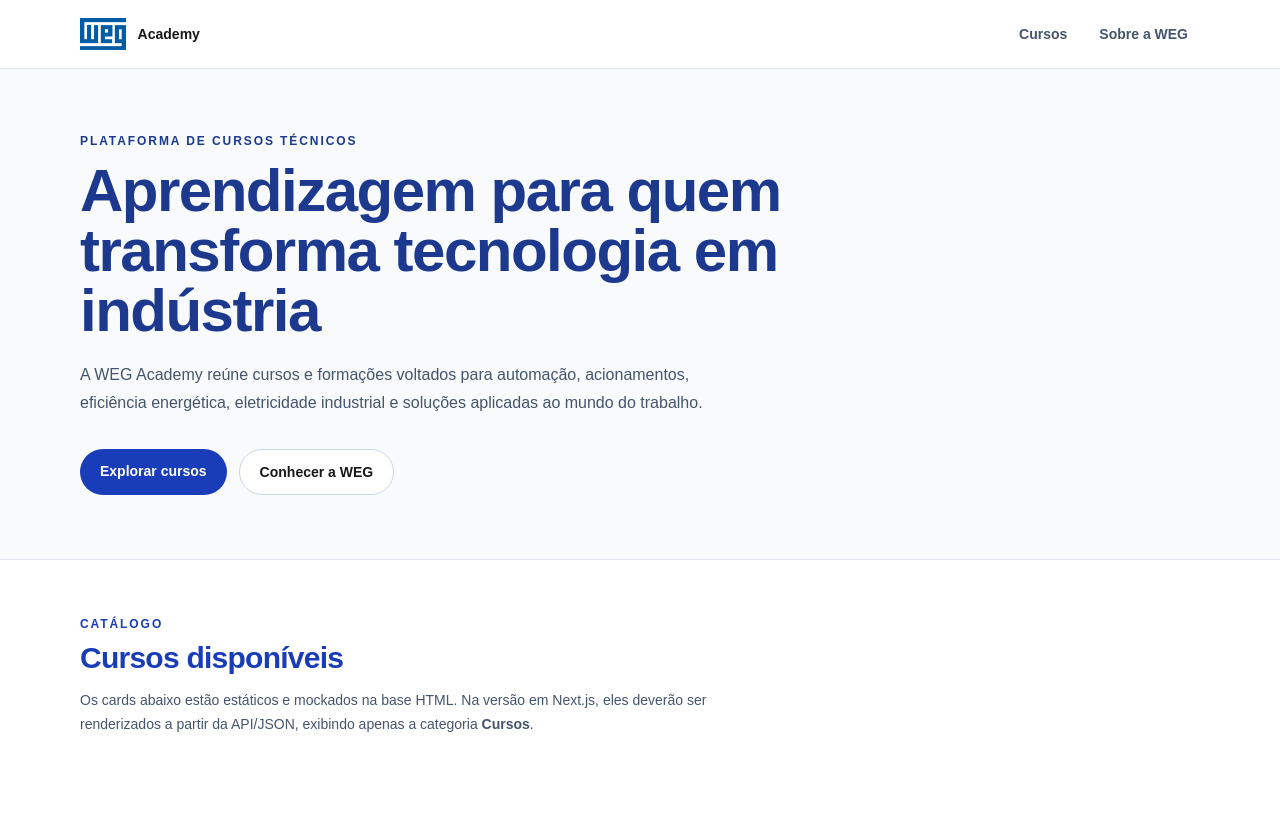
Repository: juniorAntunes910/Prova-Next-Junior_Gabriel_Antunes_de_Souza-Correta
Page: / (app in prova/)
The author's editor kept a copy of each file at every save. The page is drawn from the files as they stood at one save, then again after a run of saves.
The browser window is 1280 px wide. The pictures show the whole page.
The project was rebuilt for these pictures with package versions that can differ from the ones it lists, and the page was loaded fresh each time. The framework's server and built-in components were replaced by stand-ins that run in the browser. Also part of the build but not shown: prova/next.config.mjs.

Above is the page before, as saved 2026-07-10 07:59:34.

After the next 2 saves:
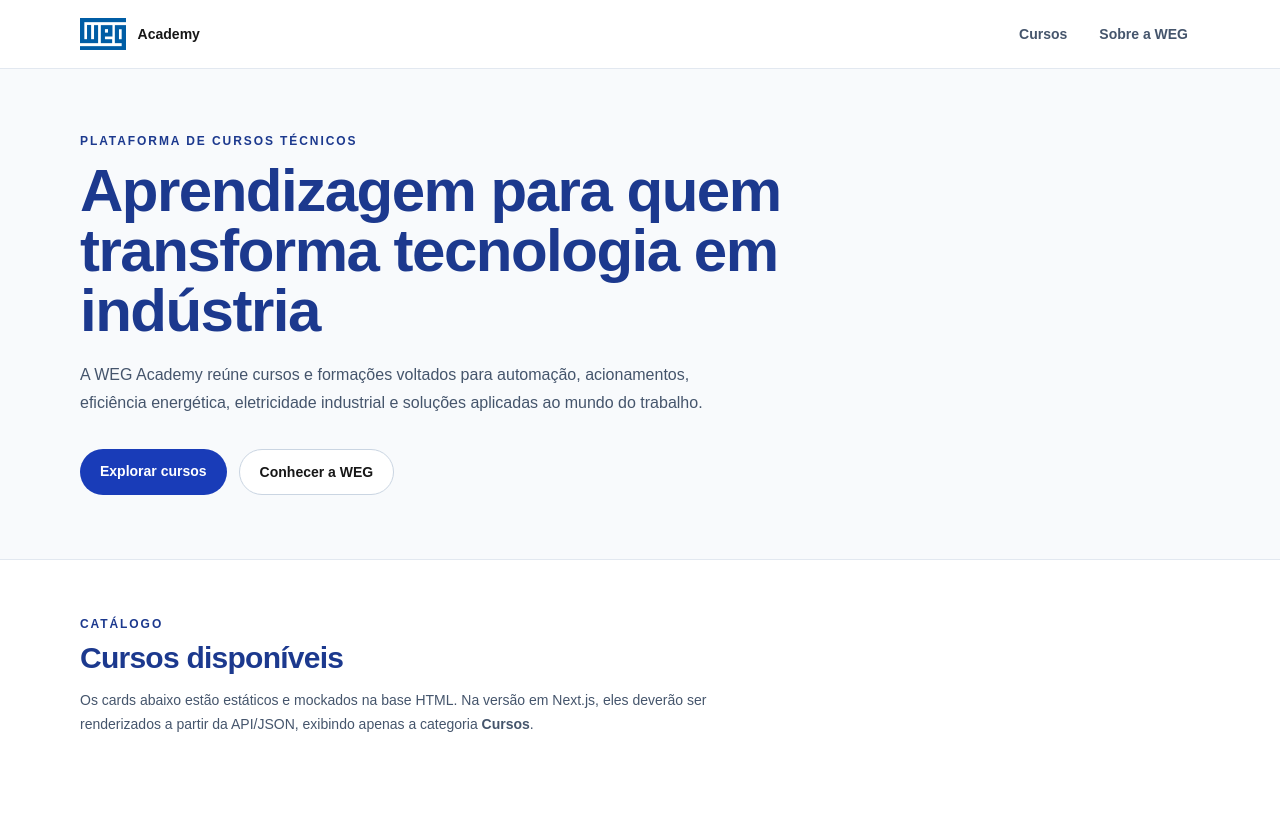
The 2 saves are shown as one change because they came seconds apart.
The last was saved 10 s later.
--- a/prova/src/app/page.js
+++ b/prova/src/app/page.js
@@ -7,10 +7,10 @@
 
       <section className="mx-auto max-w-6xl px-4 py-14" id="cursos">
         <div className="mb-8 max-w-2xl">
-          <p className="mb-2 text-xs font-extrabold uppercase tracking-[0.16em] text-blue-800">
+          <p className="mb-2 text-xs font-extrabold uppercase tracking-[0.16em] text-blue-900">
             Catálogo
           </p>
-          <h2 className="text-3xl font-extrabold tracking-tight text-blue-800">
+          <h2 className="text-3xl font-extrabold tracking-tight text-blue-900">
             Cursos disponíveis
           </h2>
           <p className="mt-3 text-sm leading-6 text-slate-600">
